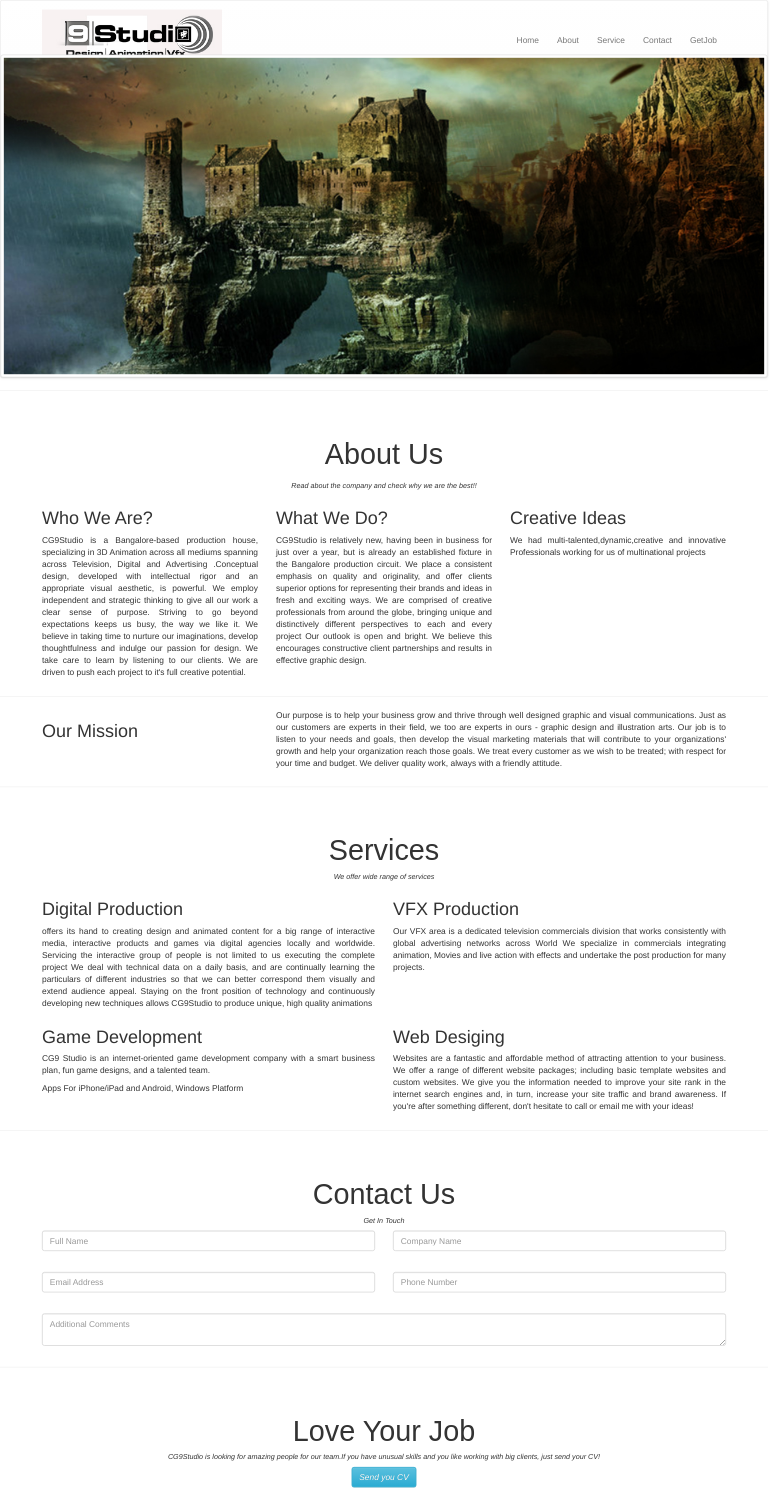
Repository: deepak6sp/BootstrapTheme1
Page: 9studio/WebContent/index.html
An editor plug-in stored every save of this project. The page is shown before and after the next save, followed by the edit.
The browser window is 1280 px wide. The page is 1295 px wide, so the pictures cover 1295 px, including what lies to the right of the window. The pictures show the whole page, at 60% of full size.
Some web libraries are served in a nearby version.

Above is the page before, as saved 2014-07-23 13:47:40.

### 9studio/WebContent/index.html
<!DOCTYPE html>
<html>
<head>
<meta charset="ISO-8859-1">
<title>Welcome To 9Studio</title>
<link rel="stylesheet" type="text/css" href="css/style.css">
<link rel="stylesheet" type="text/css" href="css/bootstrap.min.css">
<link rel="stylesheet" type="text/css" href="css/bootstrap-theme.min.css">
</head>
<body>
	<header class="navbar navbar-default">
		<div class="container">
			<div class="navbar-header">
				<a class="navbar-brand" href="#" title="9studio"><img src="images/logo.jpg"></a>
				<button class="navbar-toggle" data-toggle="collapse" data-target="#navheaderCollapse">
					<span class="icon-bar"></span>
			        <span class="icon-bar"></span>
			        <span class="icon-bar"></span>
	      		</button>
	      	</div>
	      	<br></br>
      		<div class="collapse navbar-collapse navbar-collapse-top" id="navheaderCollapse">
				<ul class="nav navbar-nav  navbar-right" >
					<li><a href="#">Home</a></li>
					<li><a href="#about-us">About</a></li>
					<li><a href="#service">Service</a></li>
					<li><a href="#contact">Contact</a></li>
					<li><a href="#getjob">GetJob</a></li>
				</ul>
			</div>
		</div>
		<img src="images/home1.jpg" class="img-thumbnail">
	</header>
	<hr><br></br>
		<section id="about-us">
			<div class="container">
				<div class="row text-center"><h1>About Us</h1></div>
				<div class="row text-center"><h6>Read about the company and check why we are the best!!</h6></div>
			</div>
			<div class="container">
				<div class="row">
					<div class="col-md-4">
						<h2>Who We Are?</h2>
						<p class="text-justify">CG9Studio is a Bangalore-based production house, specializing in 3D Animation across all mediums spanning across Television,
						Digital and Advertising .Conceptual design, developed with intellectual rigor and an appropriate visual aesthetic, is powerful.
						We employ independent and strategic thinking to give all our work a clear sense of purpose. Striving to go beyond expectations
						keeps us busy, the way we like it. We believe in taking time to nurture our imaginations, develop thoughtfulness and indulge our
						passion for design. We take care to learn by listening to our clients. We are driven to push each project to it's full creative
						potential.</p>
					</div>
					<div class="col-md-4">
						<h2>What We Do?</h2>
						<p class="text-justify">CG9Studio is relatively new, having been in business for just over a year, but is already an established fixture in the Bangalore
						production circuit. We place a consistent emphasis on quality and originality, and offer clients superior options for representing
						their brands and ideas in fresh and exciting ways. We are comprised of creative professionals from around the globe, bringing unique
						and distinctively different perspectives to each and every project Our outlook is open and bright. We believe this encourages
						constructive client partnerships and results in effective graphic design.</p>
					</div>
					<div class="col-md-4">
						<h2>Creative Ideas</h2>
						<p class="text-justify"> We had multi-talented,dynamic,creative and innovative Professionals working for us of multinational projects</p>
					</div>
				</div>
			</div>
			<hr>
			<div class="container">
				<div class="row">
					<div class="col-md-4">
						<h2>Our Mission</h2>
					</div>
					<div class="col-md-8">
						<p class="text-justify">Our purpose is to help your business grow and thrive through well designed graphic and visual communications. Just as our
						customers are experts in their field, we too are experts in ours - graphic design and illustration arts. Our job is to listen
						to your needs and goals, then develop the visual marketing materials that will contribute to your organizations' growth and help
						your organization reach those goals. We treat every customer as we wish to be treated; with respect for your time and budget. We
						deliver quality work, always with a friendly attitude.
					</div>
				</div>
			</div>
		</section>

	<hr><br></br>
		<section id="service">
			<div class="container">
				<h1 class="row text-center">Services</h1>
				<h6 class="row text-center">We offer wide range of services</h6>
			</div>
			<div class="container">
				<div class="row">
					<div class="col-md-6">
						<h2>Digital Production</h2>
						<p class="text-justify"> offers its hand to creating design and animated content for a big range of interactive media, interactive products and games
						via digital agencies locally and worldwide.  Servicing the interactive group of people is not limited to us executing the complete
						project We deal with technical data on a daily basis, and are continually learning the particulars of different industries so that
						we can better correspond them visually and extend audience appeal. Staying on the front position of technology and continuously
						developing new techniques allows CG9Studio to produce unique, high quality animations</p>
					</div>
					<div class="col-md-6">
						<h2>VFX Production</h2>
						<p class="text-justify">Our VFX area is a dedicated television commercials division that works consistently with global advertising networks across
						World We specialize in commercials integrating animation, Movies and live action with effects and undertake the post production for
						many projects.</p>
					</div>
				</div>
			</div>
			<div class="container">
				<div class="row">
					<div class="col-md-6">
						<h2>Game Development</h2>
						<p class="text-justify">CG9 Studio is  an internet-oriented game development company with a smart business plan, fun  game designs, and a talented team.</P>
						<p class="text-justify">Apps For  iPhone/iPad and Android, Windows Platform</p>
					</div>
					<div class="col-md-6">
						<h2>Web Desiging</h2>
						<p class="text-justify">Websites are a fantastic and affordable method of  attracting attention to your business. We offer a range of different website
						packages; including basic template websites and custom websites. We give you the  information needed to improve your site rank in the
						internet search engines  and, in turn, increase your site traffic and brand awareness.  If you're  after something different, don't
						hesitate to call or email me with your ideas!</p>
					</div>
				</div>
			</div>
		</section>

	<hr><br></br>
		<section id="contact">
			<div class="container">
				<h1 class="row text-center">Contact Us</h1>
				<h6 class="row text-center">Get In Touch</h6>
			</div>
			<div class="container">
				<form class="row">
					<div class="col-md-6">
						<div class="form-group">
							<input type="text" class="form-control" placeholder="Full Name"/>
						</div>
						<br />
						<div class="form-group">
							<input type="email" class="form-control" placeholder="Email Address">
						</div>
						<br />
					</div>
					<div class="col-md-6">
						<div class="form-group">
							<input type="text" class="form-control" placeholder="Company Name">
						</div>
						<br />
						<div class="form-group">
							<input type="number" class="form-control" placeholder="Phone Number">
						</div>
						<br />
					</div>
					<div class="col-md-12">
						<div class="form-group">
							<textarea class="form-control" placeholder="Additional Comments"></textarea>
						</div>
					</div>
				</form>
			</div>
		</section>

	<hr><br></br>
		<section id="getjob">
			<div id="container">
				<div class="row text-center">
					<h1 >Love Your Job</h1>
					<h6 >CG9Studio is looking for amazing people for our team.If you have unusual skills and you like working with big clients, just send your CV!</h6>
					<h6 ><button type="button" class="btn btn-info">Send you CV</button></h6>
				</div>
			</div>
		</section>

	<script src="http://ajax.googleapis.com/ajax/libs/jquery/1.11.1/jquery.min.js"></script>
	<script src="js/bootstrap.min.js"></script>
	<script src="js/script.js"></script>
</body>
</html>

### 9studio/WebContent/css/style.css
@CHARSET "ISO-8859-1";

div h1{
	font-family:Arial,Helvetica,sans-serif;
	font-size:48px;
}

div h6{
	font-style:italic;
}

### 9studio/WebContent/js/script.js
$(document).ready(function(){
		$('a[href^="#"]').on('click',function (e) {
		    e.preventDefault();

		    var target = this.hash,
		    $target = $(target);

		    $('html, body').stop().animate({
		        'scrollTop': $target.offset().top
		    }, 900, 'swing', function () {
		        window.location.hash = target;
		    });
		});
	});

Loaded but not shown: 9studio/WebContent/css/bootstrap.min.css (library); 9studio/WebContent/css/bootstrap-theme.min.css (library); 9studio/WebContent/js/bootstrap.min.js (library)

After the next save:
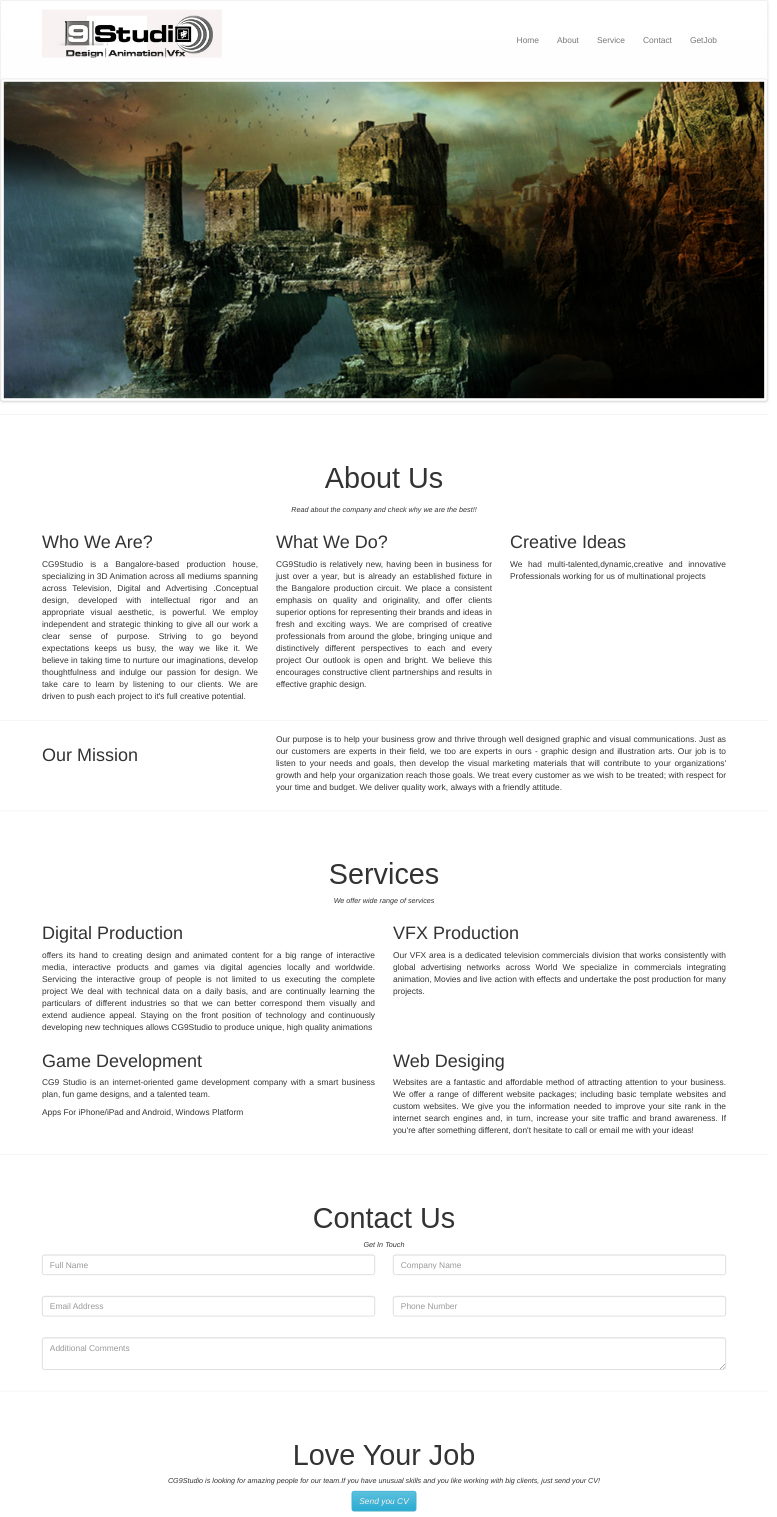
Saved 53 s later.
--- a/9studio/WebContent/index.html
+++ b/9studio/WebContent/index.html
@@ -29,6 +29,7 @@
 				</ul>
 			</div>
 		</div>
+		<br></br>
 		<img src="images/home1.jpg" class="img-thumbnail">
 	</header>
 	<hr><br></br>
